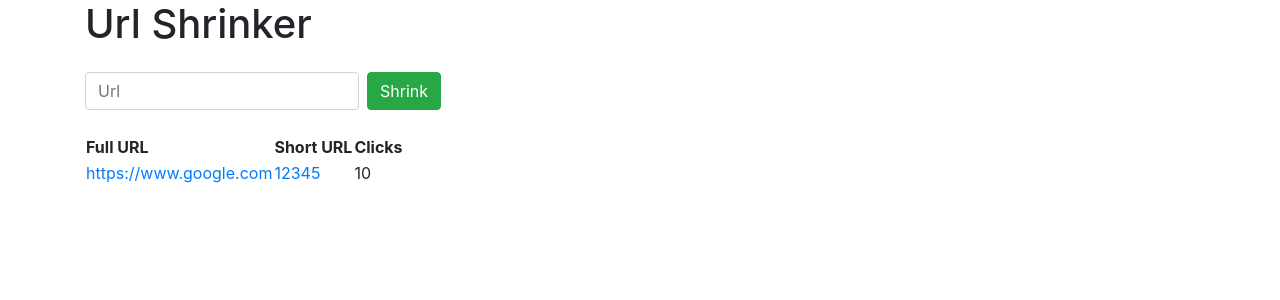
Repository: mohamediyas/urlShorter
Page: http://localhost/
These files come from the project's save history. The page is drawn as it stood at one moment and after the next save; the edit follows.
The browser window is 1280 px wide. The pictures show the whole page.
The page is served by the project's Node server (index.js).

Above is the page before, as saved 2022-10-22 13:35:58.

After the next save:
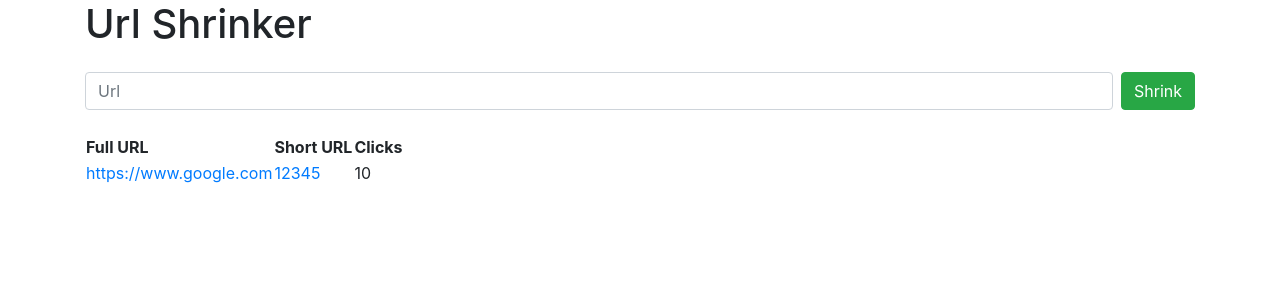
Saved 46 s later.
--- a/views/index.ejs
+++ b/views/index.ejs
@@ -27,7 +27,7 @@
           type="url"
           name="fullUrl"
           id="fullUrl"
-          class="form-control mr-2"
+          class="form-control col mr-2"
         />
         <button class="btn btn-success" type="submit">Shrink</button>
       </form>
